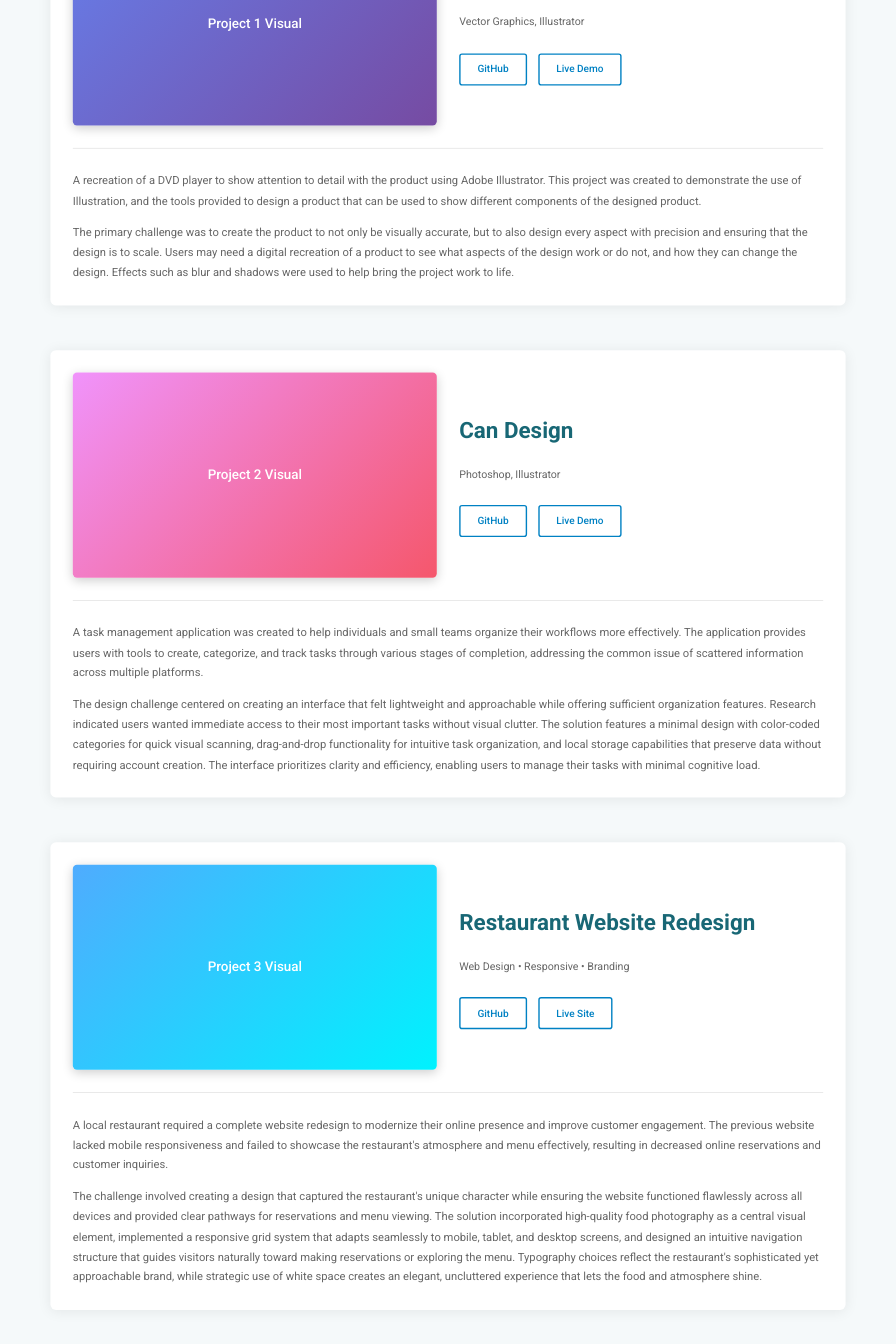
Repository: DonaldCWong/portfolio
Page: index.html
These files come from the project's save history. The page is drawn as it stood at one moment and after the next save; the edit follows.
The browser window is 1280 px wide. The pictures show the part of the page from y = 1086 to 3006 px (the page is 4808 px tall before and 4866 px after), at 70% of full size.

Above is the page before, as saved 2026-01-12 12:07:17.

### index.html
<!DOCTYPE html>
<html lang="en">
  <head>
    <meta charset="UTF-8">
    <meta name="viewport" content="width=device-width, initial-scale=1.0">
    <meta name="description" content="Donald Wong - Portfolio showcasing web development and design projects">
    <title>Donald Wong | Portfolio</title>
    <link rel="stylesheet" href="styles.css">
    <link rel="preconnect" href="https://fonts.googleapis.com">
    <link rel="preconnect" href="https://fonts.gstatic.com" crossorigin>
    <link href="https://fonts.googleapis.com/css2?family=Roboto:wght@300;400;500;700;900&display=swap" rel="stylesheet">
  </head>
  <body>
    <!-- Navigation -->
    <nav class="nav">
        <div class="nav-container">
            <a href="#home" class="logo">DW</a>
            <ul class="nav-menu">
                <li><a href="#projects">Projects</a></li>
                <li><a href="#about">About</a></li>
                <li><a href="#contact">Contact</a></li>
            </ul>
        </div>
    </nav>

    <!-- Hero / Landing -->
    <section id="home" class="hero">
        <div class="hero-content">
            <h1 class="hero-title">Donald Wong</h1>
            <p class="hero-subtitle">Graphic Designer & UX/UI Designer</p>
            <a href="#projects" class="cta-button">View Projects</a>
        </div>
    </section>

    <!-- Projects Section -->
    <section id="projects" class="projects">
        <div class="container">
            <h2 class="section-title">Projects</h2>

            <!-- Project 1 -->
            <article class="project">
                <div class="project-header">
                    <div class="project-visual">
                        <div class="project-image-placeholder project-1">
                            <span>Project 1 Visual</span>
                        </div>
                    </div>
                    <div class="project-info">
                        <h3 class="project-title">DVD Player Design</h3>
                        <p class="project-tags">Vector Graphics, Illustrator</p>
                        <div class="project-links">
                            <a href="https://github.com/DonaldCWong/ecommerce-platform" target="_blank" rel="noopener noreferrer" class="project-link">GitHub</a>
                            <a href="https://ecommerce-demo.netlify.app" target="_blank" rel="noopener noreferrer" class="project-link">Live Demo</a>
                        </div>
                    </div>
                </div>
                <div class="project-rationale">
                    <p>
                      A recreation of a DVD player to show attention to detail with the product using Adobe Illustrator. This project was created to demonstrate the use of Illustration, and the tools provided to design a product that can be used to show different components of the designed product.
                    </p>
                    <p>
                      The primary challenge was to create the product to not only be visually accurate, but to also design every aspect with precision and ensuring that the design is to scale. Users may need a digital recreation of a product to see what aspects of the design work or do not, and how they can change the design. Effects such as blur and shadows were used to help bring the project work to life.
                    </p>
                </div>
            </article>

            <!-- Project 2 -->
            <article class="project">
                <div class="project-header">
                    <div class="project-visual">
                        <div class="project-image-placeholder project-2">
                            <span>Project 2 Visual</span>
                        </div>
                    </div>
                    <div class="project-info">
                        <h3 class="project-title">Can Design</h3>
                        <p class="project-tags">Photoshop, Illustrator</p>
                        <div class="project-links">
                            <a href="https://github.com/DonaldCWong/task-manager" target="_blank" rel="noopener noreferrer" class="project-link">GitHub</a>
                            <a href="https://taskmanager-demo.netlify.app" target="_blank" rel="noopener noreferrer" class="project-link">Live Demo</a>
                        </div>
                    </div>
                </div>
                <div class="project-rationale">
                    <p>
                        A task management application was created to help individuals and small teams organize their workflows more effectively. The application provides users with tools to create, categorize, and track tasks through various stages of completion, addressing the common issue of scattered information across multiple platforms.
                    </p>
                    <p>
                        The design challenge centered on creating an interface that felt lightweight and approachable while offering sufficient organization features. Research indicated users wanted immediate access to their most important tasks without visual clutter. The solution features a minimal design with color-coded categories for quick visual scanning, drag-and-drop functionality for intuitive task organization, and local storage capabilities that preserve data without requiring account creation. The interface prioritizes clarity and efficiency, enabling users to manage their tasks with minimal cognitive load.
                    </p>
                </div>
            </article>

            <!-- Project 3 -->
            <article class="project">
                <div class="project-header">
                    <div class="project-visual">
                        <div class="project-image-placeholder project-3">
                            <span>Project 3 Visual</span>
                        </div>
                    </div>
                    <div class="project-info">
                        <h3 class="project-title">Restaurant Website Redesign</h3>
                        <p class="project-tags">Web Design • Responsive • Branding</p>
                        <div class="project-links">
                            <a href="https://github.com/DonaldCWong/restaurant-website" target="_blank" rel="noopener noreferrer" class="project-link">GitHub</a>
                            <a href="https://restaurant-redesign.netlify.app" target="_blank" rel="noopener noreferrer" class="project-link">Live Site</a>
                        </div>
                    </div>
                </div>
                <div class="project-rationale">
                    <p>
                        A local restaurant required a complete website redesign to modernize their online presence and improve customer engagement. The previous website lacked mobile responsiveness and failed to showcase the restaurant's atmosphere and menu effectively, resulting in decreased online reservations and customer inquiries.
                    </p>
                    <p>
                        The challenge involved creating a design that captured the restaurant's unique character while ensuring the website functioned flawlessly across all devices and provided clear pathways for reservations and menu viewing. The solution incorporated high-quality food photography as a central visual element, implemented a responsive grid system that adapts seamlessly to mobile, tablet, and desktop screens, and designed an intuitive navigation structure that guides visitors naturally toward making reservations or exploring the menu. Typography choices reflect the restaurant's sophisticated yet approachable brand, while strategic use of white space creates an elegant, uncluttered experience that lets the food and atmosphere shine.
                    </p>
                </div>
            </article>

            <!-- Project 4 -->
            <article class="project">
                <div class="project-header">
                    <div class="project-visual">
                        <div class="project-image-placeholder project-4">
                            <span>Project 4 Visual</span>
                        </div>
                    </div>
                    <div class="project-info">
                        <h3 class="project-title">Weather Dashboard</h3>
                        <p class="project-tags">API Integration • Data Visualization • CSS Animations</p>
                        <div class="project-links">
                            <a href="https://github.com/DonaldCWong/weather-dashboard" target="_blank" rel="noopener noreferrer" class="project-link">GitHub</a>
                            <a href="https://weather-dashboard-demo.netlify.app" target="_blank" rel="noopener noreferrer" class="project-link">Live Demo</a>
                        </div>
                    </div>
                </div>
                <div class="project-rationale">
                    <p>
                        A weather dashboard application was developed to provide users with comprehensive weather information in an accessible and visually engaging format. The application addresses the need for quick weather checks while offering detailed forecasts and weather data visualization.
                    </p>
                    <p>
                        The primary challenge was designing an interface that presents complex meteorological data in an easily digestible format without overwhelming users with technical details. The solution employs a card-based layout system where each card represents a different aspect of weather information, from current conditions to extended forecasts. Smooth animations and transitions enhance user experience when data updates, while color coding based on temperature ranges provides immediate visual feedback. The dashboard integrates with weather APIs to deliver real-time data, and the responsive design ensures optimal viewing on any device, from smartphones to large desktop monitors.
                    </p>
                </div>
            </article>
        </div>
    </section>

    <!-- About Section -->
    <section id="about" class="about">
        <div class="container">
            <h2 class="section-title">About</h2>
            <div class="about-content">
                <div class="about-text">
                    <p>
                      UI/UX Design student at BCIT with experience collaborating with teammates on an AI-powered study tool website and a game project. Proficient in Adobe Creative Suite for vector illustration, image restoration, and visual design, with a strong focus on user-centered design.
                    <p>
                        Passionate with creating new designs and bringing life to ideas. From graphic design to web development, I am always looking forward to new challenges.
                    </p>
                </div>
                <div class="about-links">
                    <h3>Resources</h3>
                    <ul class="resource-links">
                        <li><a href="src/assets/Donald_Wong_Resume.pdf" target="_blank" rel="noopener noreferrer">Resume (PDF)</a></li>
                        <li><a href="/cover-letter.pdf" target="_blank" rel="noopener noreferrer">Cover Letter (PDF)</a></li>
                        <li><a href="https://www.linkedin.com/in/donald-c-wong/" target="_blank" rel="noopener noreferrer">LinkedIn</a></li>
                        <li><a href="https://github.com/DonaldCWong" target="_blank" rel="noopener noreferrer">GitHub</a></li>
                    </ul>
                </div>
            </div>
        </div>
    </section>

    <!-- Contact Section -->
    <section id="contact" class="contact">
        <div class="container">
            <h2 class="section-title">Contact</h2>
            <div class="contact-content">
                <p>Interested in collaborating or have questions?</p>
                <div class="contact-links">
                    <a href="mailto:DonaldWong06@outlook.com" class="contact-link">DonaldWong06@outlook.com</a>
                    <a href="https://www.linkedin.com/in/donald-c-wong/" target="_blank" rel="noopener noreferrer" class="contact-link">LinkedIn</a>
                </div>
            </div>
        </div>
    </section>

    <!-- Footer -->
    <footer class="footer">
        <div class="container">
            <p>&copy; 2026 Donald Wong. All rights reserved.</p>
        </div>
    </footer>

    <script src="script.js"></script>
  </body>
</html>

### styles.css
/* Reset and Base Styles */
* {
    margin: 0;
    padding: 0;
    box-sizing: border-box;
}

:root {
    /* Colors */
    --primary-color: #186775;
    --secondary-color: #f5f5f5;
    --accent-color: #0081c3;
    --accent-hover: #4abfa1;
    --text-primary: #1a1a1a;
    --text-secondary: #666666;
    --text-light: #999999;
    --border-color: #e0e0e0;
    --bg-light: #f5f9fa;

    /* Typography */
    --font-primary: 'Roboto', -apple-system, BlinkMacSystemFont, 'Segoe UI', sans-serif;
    --font-display: 'Roboto', -apple-system, BlinkMacSystemFont, 'Segoe UI', sans-serif;

    /* Spacing */
    --spacing-xs: 0.5rem;
    --spacing-sm: 1rem;
    --spacing-md: 2rem;
    --spacing-lg: 4rem;
    --spacing-xl: 6rem;

    /* Layout */
    --container-max-width: 1200px;
    --section-padding: 5rem 0;
}

html {
    scroll-behavior: smooth;
}

body {
    font-family: var(--font-primary);
    color: var(--text-primary);
    line-height: 1.6;
    font-size: 16px;
    background-color: #ffffff;
}

.container {
    max-width: var(--container-max-width);
    margin: 0 auto;
    padding: 0 var(--spacing-md);
}

/* Navigation */
.nav {
    position: fixed;
    top: 0;
    left: 0;
    right: 0;
    background-color: rgba(255, 255, 255, 0.95);
    backdrop-filter: blur(10px);
    box-shadow: 0 2px 10px rgba(0, 0, 0, 0.05);
    z-index: 1000;
    padding: var(--spacing-sm) 0;
}

.nav-container {
    max-width: var(--container-max-width);
    margin: 0 auto;
    padding: 0 var(--spacing-md);
    display: flex;
    justify-content: space-between;
    align-items: center;
}

.logo {
    font-family: var(--font-display);
    font-size: 1.5rem;
    font-weight: 600;
    color: var(--primary-color);
    text-decoration: none;
    letter-spacing: 0.05em;
}

.nav-menu {
    display: flex;
    list-style: none;
    gap: var(--spacing-md);
}

.nav-menu a {
    color: var(--text-primary);
    text-decoration: none;
    font-weight: 500;
    font-size: 0.95rem;
    transition: color 0.3s ease;
}

.nav-menu a:hover {
    color: var(--accent-color);
}

/* Hero Section */
.hero {
    min-height: 100vh;
    display: flex;
    align-items: center;
    justify-content: center;
    background: linear-gradient(135deg, #e8f4f6 0%, #c8e8eb 100%);
    padding-top: 80px;
    text-align: center;
}

.hero-content {
    max-width: 800px;
    padding: var(--spacing-md);
}

.hero-title {
    font-family: var(--font-display);
    font-size: clamp(3rem, 8vw, 6rem);
    font-weight: 600;
    color: var(--primary-color);
    margin-bottom: var(--spacing-sm);
    letter-spacing: -0.02em;
}

.hero-subtitle {
    font-size: clamp(1.1rem, 2vw, 1.5rem);
    color: var(--text-secondary);
    margin-bottom: var(--spacing-md);
    font-weight: 400;
}

.cta-button {
    display: inline-block;
    padding: 1rem 2.5rem;
    background-color: var(--accent-color);
    color: white;
    text-decoration: none;
    border-radius: 4px;
    font-weight: 500;
    transition: background-color 0.3s ease, transform 0.2s ease;
    margin-top: var(--spacing-sm);
}

.cta-button:hover {
    background-color: var(--accent-hover);
    transform: translateY(-2px);
}

/* Section Styles */
section {
    padding: var(--section-padding);
}

.section-title {
    font-family: var(--font-display);
    font-size: clamp(2rem, 4vw, 3rem);
    font-weight: 600;
    margin-bottom: var(--spacing-lg);
    text-align: center;
    color: var(--primary-color);
}

/* Projects Section */
.projects {
    background-color: var(--bg-light);
}

.project {
    background-color: white;
    border-radius: 8px;
    padding: var(--spacing-md);
    margin-bottom: var(--spacing-lg);
    box-shadow: 0 2px 20px rgba(0, 0, 0, 0.08);
    transition: transform 0.3s ease, box-shadow 0.3s ease;
}

.project:hover {
    transform: translateY(-4px);
    box-shadow: 0 4px 30px rgba(0, 0, 0, 0.12);
}

.project-header {
    display: grid;
    grid-template-columns: 1fr 1fr;
    gap: var(--spacing-md);
    margin-bottom: var(--spacing-md);
    align-items: center;
}

.project-visual {
    width: 100%;
}

.project-image-placeholder {
    width: 100%;
    aspect-ratio: 16 / 9;
    background: linear-gradient(135deg, #667eea 0%, #764ba2 100%);
    border-radius: 6px;
    display: flex;
    align-items: center;
    justify-content: center;
    color: white;
    font-size: 1.2rem;
    font-weight: 500;
    box-shadow: 0 4px 15px rgba(0, 0, 0, 0.2);
}

.project-image {
    width: 100%;
    height: auto;
    aspect-ratio: 16 / 9;
    object-fit: cover;
    border-radius: 6px;
    box-shadow: 0 4px 15px rgba(0, 0, 0, 0.2);
}

.project-2 {
    background: linear-gradient(135deg, #f093fb 0%, #f5576c 100%);
}

.project-3 {
    background: linear-gradient(135deg, #4facfe 0%, #00f2fe 100%);
}

.project-4 {
    background: linear-gradient(135deg, #43e97b 0%, #38f9d7 100%);
}

.project-info {
    display: flex;
    flex-direction: column;
    gap: var(--spacing-sm);
}

.project-title {
    font-family: var(--font-display);
    font-size: clamp(1.5rem, 3vw, 2rem);
    font-weight: 600;
    color: var(--primary-color);
    margin-bottom: var(--spacing-xs);
}

.project-tags {
    color: var(--text-secondary);
    font-size: 0.95rem;
    margin-bottom: var(--spacing-sm);
}

.project-links {
    display: flex;
    gap: var(--spacing-sm);
    flex-wrap: wrap;
}

.project-link {
    display: inline-block;
    padding: 0.6rem 1.5rem;
    border: 2px solid var(--accent-color);
    color: var(--accent-color);
    text-decoration: none;
    border-radius: 4px;
    font-weight: 500;
    font-size: 0.9rem;
    transition: all 0.3s ease;
}

.project-link:hover {
    background-color: var(--accent-color);
    color: white;
}

.project-rationale {
    margin-top: var(--spacing-md);
    padding-top: var(--spacing-md);
    border-top: 1px solid var(--border-color);
}

.project-rationale p {
    margin-bottom: var(--spacing-sm);
    color: var(--text-secondary);
    line-height: 1.8;
    font-size: 1rem;
}

.project-rationale p:last-child {
    margin-bottom: 0;
}

/* About Section */
.about {
    background-color: white;
}

.about-content {
    display: grid;
    grid-template-columns: 2fr 1fr;
    gap: var(--spacing-lg);
    max-width: 1000px;
    margin: 0 auto;
}

.about-text p {
    margin-bottom: var(--spacing-sm);
    color: var(--text-secondary);
    line-height: 1.8;
    font-size: 1.05rem;
}

.about-text p:last-child {
    margin-bottom: 0;
}

.about-links h3 {
    font-family: var(--font-display);
    font-size: 1.5rem;
    margin-bottom: var(--spacing-sm);
    color: var(--primary-color);
}

.resource-links {
    list-style: none;
    display: flex;
    flex-direction: column;
    gap: var(--spacing-xs);
}

.resource-links a {
    color: var(--accent-color);
    text-decoration: none;
    font-weight: 500;
    transition: color 0.3s ease;
    padding: 0.5rem 0;
    border-bottom: 1px solid transparent;
}

.resource-links a:hover {
    color: var(--accent-hover);
    border-bottom-color: var(--accent-hover);
}

/* Contact Section */
.contact {
    background-color: var(--bg-light);
    text-align: center;
}

.contact-content {
    max-width: 600px;
    margin: 0 auto;
}

.contact-content > p {
    font-size: 1.1rem;
    color: var(--text-secondary);
    margin-bottom: var(--spacing-md);
}

.contact-links {
    display: flex;
    justify-content: center;
    gap: var(--spacing-md);
    flex-wrap: wrap;
}

.contact-link {
    color: var(--accent-color);
    text-decoration: none;
    font-weight: 500;
    font-size: 1.1rem;
    padding: 0.8rem 1.5rem;
    border: 2px solid var(--accent-color);
    border-radius: 4px;
    transition: all 0.3s ease;
}

.contact-link:hover {
    background-color: var(--accent-color);
    color: white;
}

/* Footer */
.footer {
    background-color: var(--primary-color);
    color: white;
    padding: var(--spacing-md) 0;
    text-align: center;
}

.footer p {
    color: rgba(255, 255, 255, 0.7);
    font-size: 0.9rem;
}

/* Responsive Design */
@media (max-width: 768px) {
    :root {
        --section-padding: 3rem 0;
        --spacing-lg: 2rem;
    }

    .nav-menu {
        gap: var(--spacing-sm);
    }

    .nav-menu a {
        font-size: 0.85rem;
    }

    .project-header {
        grid-template-columns: 1fr;
    }

    .project-info {
        order: -1;
    }

    .about-content {
        grid-template-columns: 1fr;
    }

    .contact-links {
        flex-direction: column;
        align-items: center;
    }

    .project-link {
        width: 100%;
        text-align: center;
    }
}

@media (max-width: 480px) {
    .container {
        padding: 0 var(--spacing-sm);
    }

    .nav-container {
        padding: 0 var(--spacing-sm);
    }

    .project {
        padding: var(--spacing-sm);
    }

    .project-image-placeholder {
        font-size: 1rem;
    }
}

Loaded but not shown: script.js (48 lines, source omitted)

After the next save:
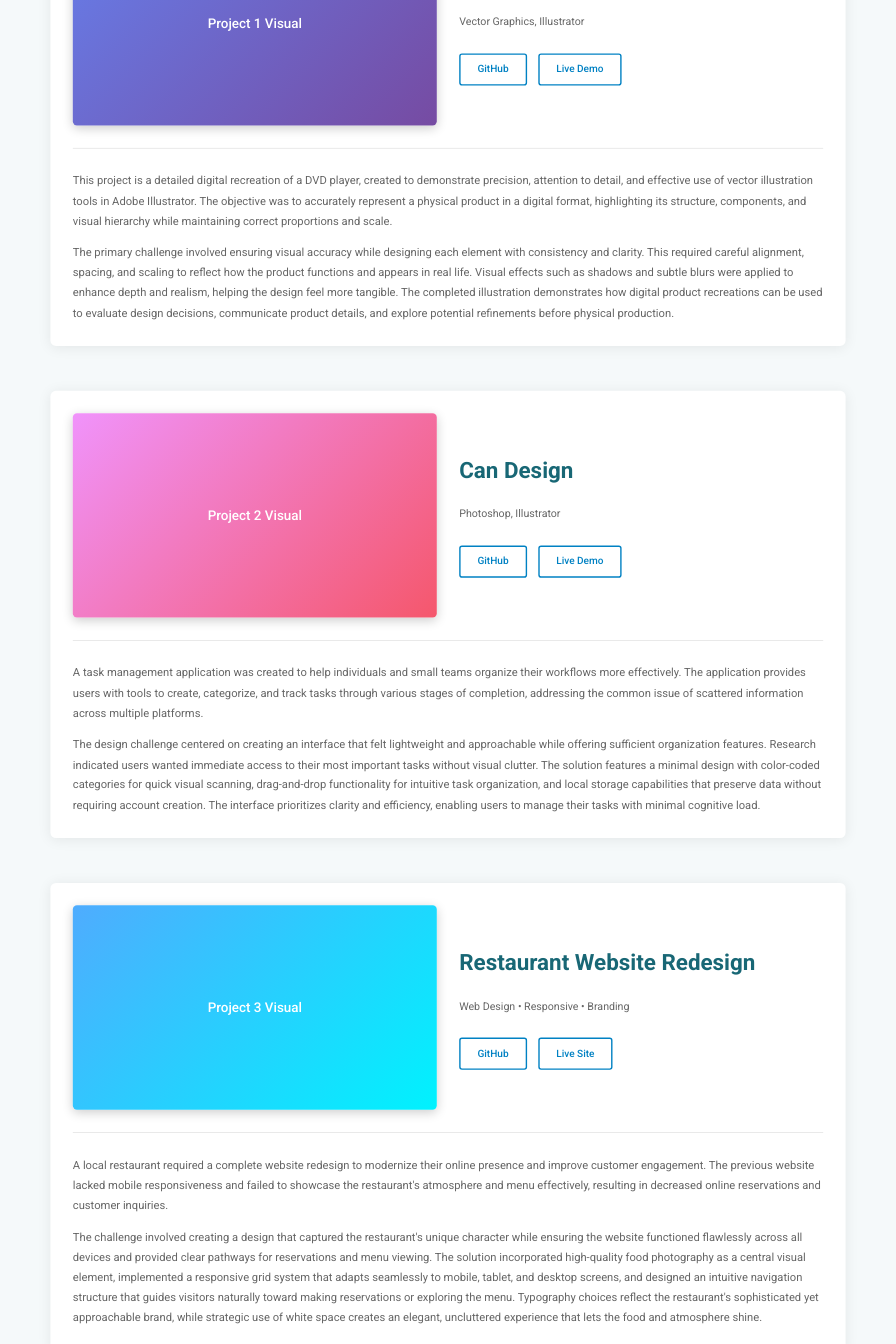
Saved 22 min 9 s later.
--- a/index.html
+++ b/index.html
@@ -56,11 +56,9 @@
                 </div>
                 <div class="project-rationale">
                     <p>
-                      A recreation of a DVD player to show attention to detail with the product using Adobe Illustrator. This project was created to demonstrate the use of Illustration, and the tools provided to design a product that can be used to show different components of the designed product.
-                    </p>
+                      This project is a detailed digital recreation of a DVD player, created to demonstrate precision, attention to detail, and effective use of vector illustration tools in Adobe Illustrator. The objective was to accurately represent a physical product in a digital format, highlighting its structure, components, and visual hierarchy while maintaining correct proportions and scale.                    </p>
                     <p>
-                      The primary challenge was to create the product to not only be visually accurate, but to also design every aspect with precision and ensuring that the design is to scale. Users may need a digital recreation of a product to see what aspects of the design work or do not, and how they can change the design. Effects such as blur and shadows were used to help bring the project work to life.
-                    </p>
+                      The primary challenge involved ensuring visual accuracy while designing each element with consistency and clarity. This required careful alignment, spacing, and scaling to reflect how the product functions and appears in real life. Visual effects such as shadows and subtle blurs were applied to enhance depth and realism, helping the design feel more tangible. The completed illustration demonstrates how digital product recreations can be used to evaluate design decisions, communicate product details, and explore potential refinements before physical production.                    </p>
                 </div>
             </article>
 
